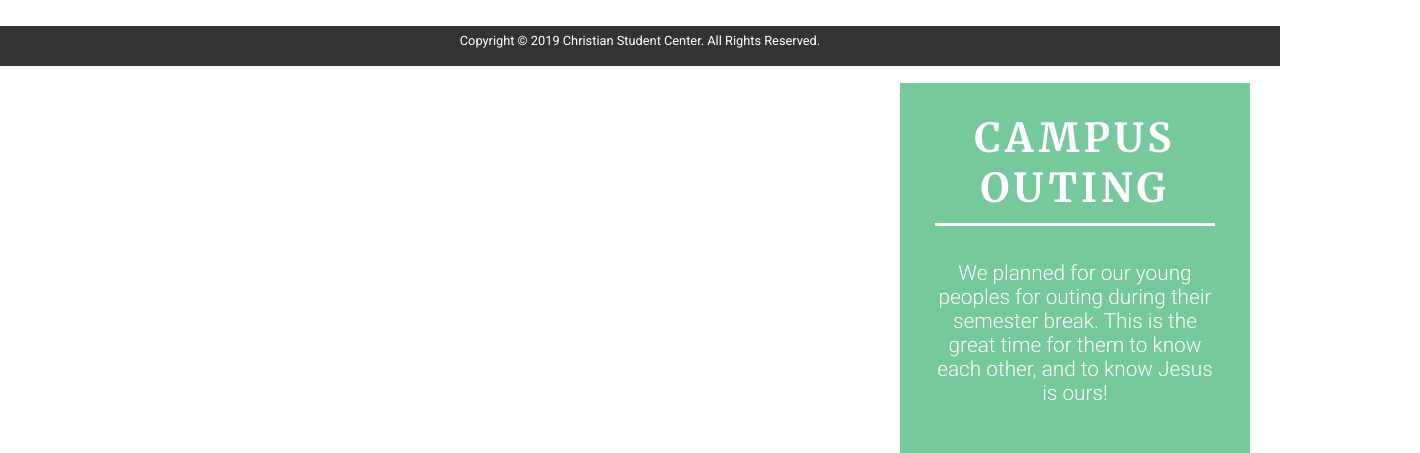
Repository: kongteckmee/christian-sc
Page: gallery.html
The author's editor kept a record of every edit. The page is drawn from the files as they stood at one moment, then again after the next edit.
The browser window is 1280 px wide. The page is 1420 px wide, so the pictures cover 1420 px, including what lies to the right of the window. The pictures show the part of the page from y = 1167 to 1620 px (the page is 1620 px tall).
Some web libraries are served in a nearby version.

Above is the page before.

### gallery.html
<!DOCTYPE html>
<html lang="en">

<head>
    <meta charset="UTF-8">
    <meta name="viewport" content="width=device-width, initial-scale=1.0">
    <meta http-equiv="X-UA-Compatible" content="ie=edge">
    <link rel="stylesheet" href="https://use.fontawesome.com/releases/v5.1.1/css/all.css" integrity="sha384-O8whS3fhG2OnA5Kas0Y9l3cfpmYjapjI0E4theH4iuMD+pLhbf6JI0jIMfYcK3yZ" crossorigin="anonymous">
    <link rel="stylesheet" href="assets/css/style.css" type="text/css" />
    <title>Christian Student Center</title>
</head>

<body>
    <header>
        <a id="logo" href="index.html">
            <h2><span style="font-size: 150%">Christian</span> SC</h2>
        </a>
        <nav>
            <ul id="scmenu">
                <li>
                    <a href="#">Meet Us</a>
                </li>
                <li>
                    <a class="scactive" href="gallery.html">Gallery</a>
                </li>
                <li>
                    <a href="index.html">Home</a>
                </li>
            </ul>
        </nav>
    </header>
    <section id="scgallery">
        <div id="gallery-text">
            <h1>Joy with Us</h1>
            <hr>
            <h3>This is our gallery, collected all the photos in the events that we have until now!</h3>
            <h3>Do join us so we can share the great joy with you.</h3>
        </div>
    </section>
    <section id="outing">
        <div>
            <iframe width="953" height="536" src="https://www.youtube.com/embed/8UHfDnMuLU0" frameborder="0" allow="accelerometer; autoplay; encrypted-media; gyroscope; picture-in-picture" allowfullscreen></iframe>
        </div>
        <div id="outing-text">
            <h1>Campus Outing</h1>
            <hr>
            <h3>We planned for our young peoples for outing during their semester break. This is the great time for them to know each other, and to know Jesus is ours!</h3>
        </div>
    </section>
    <section id="photo">
         <div id="photo-text">
            <h1>Campus Outing</h1>
            <hr>
            <h3>We planned for our young peoples for outing during their semester break. This is the great time for them to know each other, and to know Jesus is ours!</h3>
        </div>
    </section>
    <footer>
        <div id="footer-copyright">
            <p>Copyright © 2019 Christian Student Center. All Rights Reserved.</p>
        </div>
    </footer>
</body>

</html>

### assets/css/style.css
@import url('https://fonts.googleapis.com/css?family=Merriweather:500,600,700|Roboto:300,400,500');

* {
    margin: 0;
    padding: 0;
    border: 0;
}

body {
    font-family: 'Roboto', sans-serif;
    color: #696969; /*Grey color */
}

/* ------------------------------------------------------ Header */

#logo {
    float: left;
    text-decoration: none;
}

#logo h2 {
    font-family: 'Merriweather', serif;
    font-size: 200%;
    color: #4682b4; /* Steel Blue color */
    text-shadow: 2px 2px 4px #808080;
}

#scmenu {
    font-size: 120%;
    list-style-type: none;
    letter-spacing: 2px;
}

#logo, #scmenu {
    line-height: 75px;
}

#scmenu li {
    float: right;
    margin-right: 30px;
}

#scmenu a {
    text-decoration: none;
    color: inherit;
}

#scmenu a:hover {
    color: #4682b4; /* Steel Blue color */
    font-weight: 500;
    text-shadow: 2px 2px 4px #808080;
}

.scactive {
    font-weight: 500;
    text-shadow: 2px 2px 4px #808080;
}

/* ------------------------------------------------------ Section: Welcome */

#scmeeting {
    height: 700px;
    width: 100%;
    background: url("../img/meeting-t.jpg") no-repeat center center;
}

#scgallery {
    height: 550px;
    width: 100%;
    background: url("../img/r_combined-t.jpg") no-repeat center center;
    margin-left: 140px;
    overflow: hidden;
}

#outing {
    height: 550px;
    width: 100%;
}

#scmeetingrange {
    height: 700px;
    width: 100%;
    overflow: hidden;
}

#welcome-text {
    width: 400px;
    height: 220px;
    color: #fefcff; /* Milky white */
    background-color: rgba(212,175,55,.7);
    padding-top:20px;
    bottom: 35px; /* Fixed the welcome text box-bottom */
    right: 100px; /* Fixed the welcome text box-right */
    position: absolute;
}

#gallery-text {
    width: 350px;
    height: 350px;
    color: #fefcff; /* Milky white */
    background-color: rgba(219,112,147,.7);
    padding-top:20px;
    bottom: 200px;
    right: 940px;
    position: absolute;
}

iframe {
    margin-left: 30px;
}

#outing-text {
    width: 350px;
    height: 350px;
    color: #fefcff; /* Milky white */
    background-color: rgba(60,179,113,.7);
    padding-top:20px;
    bottom: -330px;
    right: 30px;
    position: absolute;
}

#photo-text{
    width: 350px;
    height: 350px;
    color: #fefcff; /* Milky white */
    background-color: rgba(60,179,113,.7);
    padding-top:20px;
    bottom: -900px;
    right: 30px;
    position: absolute;
}

#welcome-text h1 {
    margin-bottom: 5px;
    font-size: 300%;
    font-family: 'Merriweather', serif;
    text-transform: uppercase;
    text-align: center;
    letter-spacing: 4px;
}

#gallery-text h1, #outing-text h1, #photo-text h1 {
    margin-top: 10px;
    margin-bottom: 10px;
    font-size: 250%;
    font-family: 'Merriweather', serif;
    text-transform: uppercase;
    text-align: center;
    letter-spacing: 4px;
}

hr {
    width: 80%;
    height: 3px;
    margin-left: auto;
    margin-right: auto;
    background-color:#fefcff; /* Milky white */
}

#welcome-text h3 {
    margin: 20px;
    font-size: 130%;
    font-weight: 300;
    text-align: center;
}

#gallery-text h3, #outing-text h3, #photo-text h3 {
    margin: 35px;
    font-size: 130%;
    font-weight: 300;
    text-align: center;
}

/* ------------------------------------------------------ Section: About */

#about {
    height: 500px;
}

#about h1 {
    margin-top: 30px;
    margin-bottom: 30px;
    font-family: 'Merriweather', serif;
    color: #4682b4; /* Steel Blue color */
    text-transform: uppercase;
    text-align: center;
    text-shadow: 2px 2px 4px #808080;
    font-size: 200%;
    letter-spacing: 1px;
}

#about h2 {
    font-family: 'Merriweather', serif;
    font-size: 130%;
    text-transform: uppercase;
    text-shadow: 2px 2px 4px #808080;
}

#left {
    margin-right: 30px;
    padding-top: 30px;
    width: 30%;
    float: left;
}

#right {
    margin-right: 30px;
    padding-top: 30px;
    width: 30%;
    float: right;
}

#center {
    padding-top: 30px;
    width: 33%;
    margin: 0 auto; /* center the div */
}

br {
    display: block;
    content: "";
    margin: 2em;
    font-size: 24%; /* spacing */
}

.left-right-side {
    width: 50%;
    float: right;
    padding-top: 40px;
    clear: both;
    margin-left: 20px;
    margin-bottom: 50px;
}

.middle {
    width: 50%;
    float: right;
    padding-top: 40px;
    margin-right: 20px;
}

#container {
    width: 150px;
    height: 150px;
    border: 3px solid #cccccc;
    border-radius: 50%;
    margin-left: 20px;
    margin-bottom: 20px;
}

#contain-study {
    background: url("../img/study-group.jpg") no-repeat center center;
    height: 100%;
    border-radius: 50%;
}

#contain-wifi {
    background: url("../img/free-wifi.jpg") no-repeat center center;
    height: 100%;
    border-radius: 50%;
}

#contain-seminar {
    background: url("../img/truth-seminar.jpg") no-repeat center center;
    height: 100%;
    border-radius: 50%;
}

#contain-bible {
    background: url("../img/bible-study.jpg") no-repeat center center;
    height: 100%;
    border-radius: 50%;
}

#contain-cafe {
    background: url("../img/cafe.jpg") no-repeat center center;
    height: 100%;
    border-radius: 50%;
}

#contain-books {
    background: url("../img/spiritual-book.jpg") no-repeat center center;
    height: 100%;
    border-radius: 50%;
}

/* ------------------------------------------------------ Section: Event */

#event {
    height: 250px;
    /*background-color: #a9a9a9;*/
}

#event div {
    color: #ffebcd;
    width: 19.2%;
    height: 90%;
    float: left;
    padding-top: 30px;
    text-align: center;
    margin: 5px;
}

#event h2 {
    color: #ffffff;
    font-family: 'Merriweather', serif;
    margin-bottom: 20px;
}

#event h3 {
    margin-top: 20px;
    font-weight: 400;
}

.black {
    background-color: rgba(48,48,48,.8);
}

.black h2 {
    line-height: 120px;
    text-transform: uppercase;
    text-shadow: 5px 5px 0px rgba(0,0,0,0.2);
}

.black h3 {
    color: #ffffff;
    font-size: 200%;
    text-shadow: 5px 5px 0px rgba(0,0,0,0.2);
}

.grey {
    background-color: rgba(105,105,105,.8);
}

.green {
    background-color: rgba(102,102,0,.8);
}

/* ------------------------------------------------------ Footer */

footer {
    margin-top: 10px;
    border-top: 2px solid #fff;
    height: 40px;
    width: 100%;
    background-color: #333333;
}

footer #footer-copyright {
    color: #fff;
    line-height: 30px;
    font-size: 80%;
    text-align: center;
}

After the next edit:
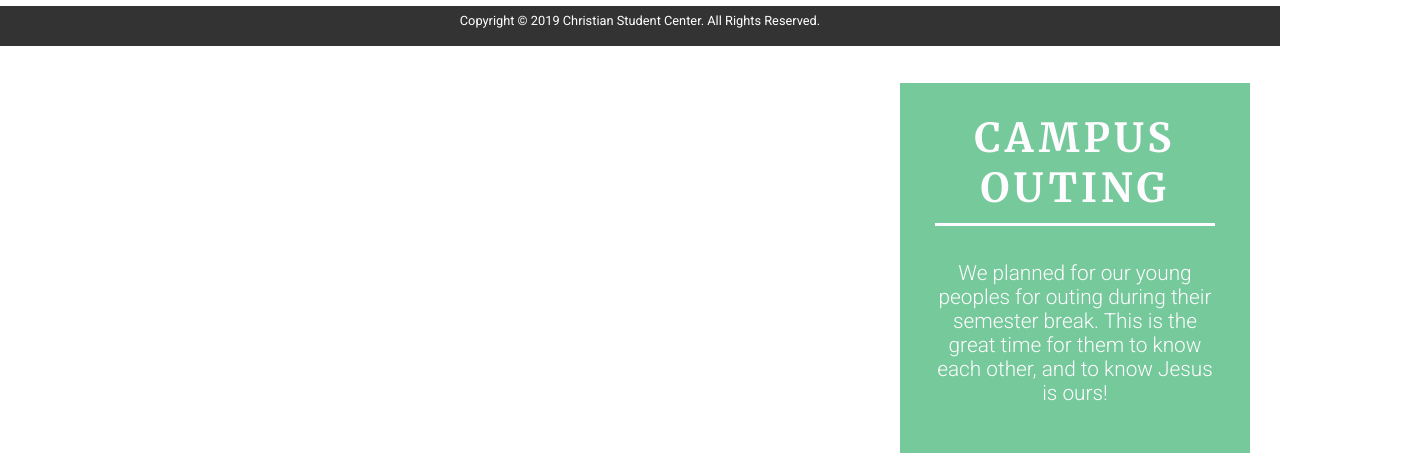
The edit:
--- a/assets/css/style.css
+++ b/assets/css/style.css
@@ -73,7 +73,7 @@
 }
 
 #outing {
-    height: 550px;
+    height: 530px;
     width: 100%;
 }
 
